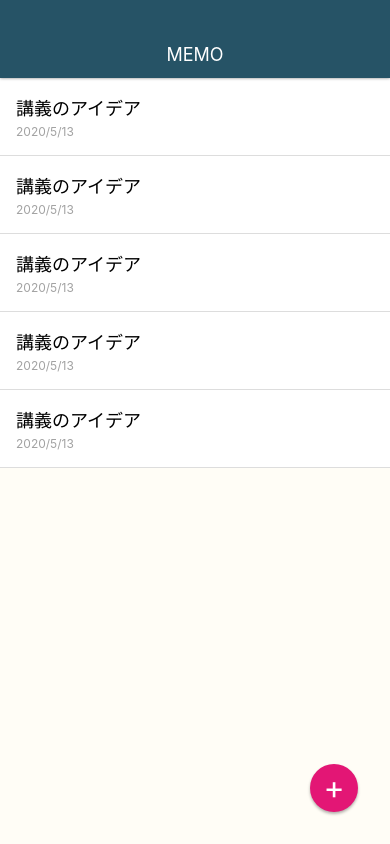
Repository: NagataRyuji0630/memo_app_for_reactNative
Page: /
The author's editor kept a copy of each file at every save. The page is drawn from the files as they stood at one save, then again after the next save.
The browser window is 390 px wide. The pictures show the whole page.
The app was drawn by React Native's web renderer in a window 390 px wide. The project was rebuilt for these pictures with package versions that can differ from the ones it lists, and the page was loaded fresh each time.

Above is the page before, as saved 2020-05-14 08:31:08.

### App.js
import React from 'react';
import { StyleSheet, Text, View } from 'react-native';
import MemoList from './src/components/MemoList';

export default class App extends React.Component {
  render() {
    return (
      <View style={styles.container}>

        <View style={styles.appbar}>
          <View>
            <Text style={styles.appbarTitle}>MEMO</Text>
          </View>
        </View>

        <MemoList />

        <View style={styles.memoAddBtn}>
          <Text style={styles.memoAddBtnTitle}>+</Text>
        </View>

      </View>
    );
  }
}

const styles = StyleSheet.create({
  container: {
    flex: 1,
    backgroundColor: '#FFFDF6',
    alignItems: 'center',
    justifyContent: 'center',
    paddingTop: 78,
  },
  appbar: {
    position: 'absolute',
    top: 0,
    left: 0,
    right: 0,
    height: 78,
    paddingTop: 30,
    backgroundColor: '#265366',
    justifyContent: 'center',
    alignItems: 'center',
    shadowColor: '#000',
    shadowOffset: { width: 0, height: 0 },
    shadowOpacity: 0.5,
    shadowRadius: 3,
    zIndex: 10,
  },
  appbarTitle: {
    color: '#fff',
    fontSize: 18,
  },
  memoAddBtn: {
    position: 'absolute',
    bottom: 32,
    right: 32,
    width: 48,
    height: 48,
    backgroundColor: '#E31675',
    borderRadius: 24,
    justifyContent: 'center',
    alignItems: 'center',
    shadowColor: '#000',
    shadowOffset: { width: 0, height: 2 },
    shadowOpacity: 0.3,
    shadowRadius: 3,
  },
  memoAddBtnTitle: {
    fontSize: 32,
    lineHeight: 32,
    color: 'white',
  }
});

### src/components/MemoList.jsx
import React from 'react';
import { Component } from 'react';
import { StyleSheet, View, Text } from 'react-native';

const styles = StyleSheet.create({
    memoList: {
        width: '100%',
        flex: 1,
    },
    memoListItem: {
        padding: 16,
        borderBottomWidth: 1,
        borderBottomColor: '#ddd',
        backgroundColor: 'white',
    },
    memoTitle: {
        fontSize: 18,
        marginBottom: 4,
    },
    memoDate: {
        fontSize: 12,
        color: '#a2a2a2'
    },
});

class MemoList extends Component {
    render() {
        return (
            <View style={styles.memoList}>
                <View style={styles.memoListItem}>
                    <Text style={styles.memoTitle}>講義のアイデア</Text>
                    <Text style={styles.memoDate}>2020/5/13</Text>
                </View>
                <View style={styles.memoListItem}>
                    <Text style={styles.memoTitle}>講義のアイデア</Text>
                    <Text style={styles.memoDate}>2020/5/13</Text>
                </View>
                <View style={styles.memoListItem}>
                    <Text style={styles.memoTitle}>講義のアイデア</Text>
                    <Text style={styles.memoDate}>2020/5/13</Text>
                </View>
                <View style={styles.memoListItem}>
                    <Text style={styles.memoTitle}>講義のアイデア</Text>
                    <Text style={styles.memoDate}>2020/5/13</Text>
                </View>
                <View style={styles.memoListItem}>
                    <Text style={styles.memoTitle}>講義のアイデア</Text>
                    <Text style={styles.memoDate}>2020/5/13</Text>
                </View>
            </View>
        );
    }
}

export default MemoList;

### src/components/AppBar.jsx
import React from 'react';
import { Component } from 'react';
import { StyleSheet, View, Text } from 'react-native';

const styles = StyleSheet.create({
    appbar: {
        position: 'absolute',
        top: 0,
        left: 0,
        right: 0,
        height: 78,
        paddingTop: 30,
        backgroundColor: '#265366',
        justifyContent: 'center',
        alignItems: 'center',
        shadowColor: '#000',
        shadowOffset: { width: 0, height: 0 },
        shadowOpacity: 0.5,
        shadowRadius: 3,
        zIndex: 10,
    },
    appbarTitle: {
        color: '#fff',
        fontSize: 18,
    },
});

class AppBar extends Component {
    render() {
        return (
            <View style={styles.appbar}>
                <View>
                    <Text style={styles.appbarTitle}>MEMO</Text>
                </View>
            </View>
        );
    }
}

After the next save:
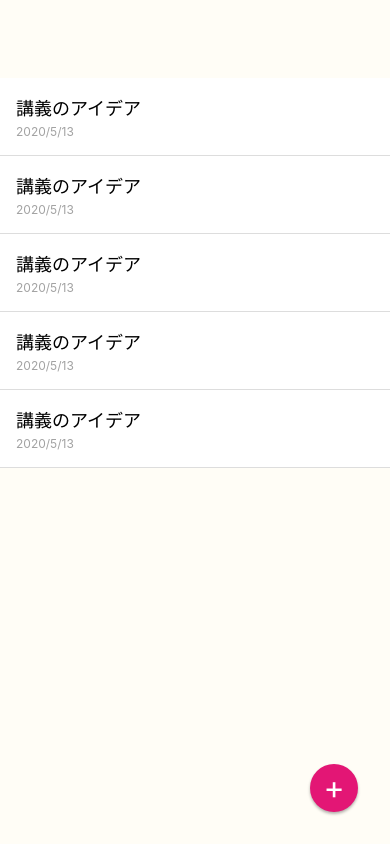
Saved 11 s later.
--- a/App.js
+++ b/App.js
@@ -6,12 +6,6 @@
   render() {
     return (
       <View style={styles.container}>
-
-        <View style={styles.appbar}>
-          <View>
-            <Text style={styles.appbarTitle}>MEMO</Text>
-          </View>
-        </View>
 
         <MemoList />
 
@@ -31,26 +25,6 @@
     alignItems: 'center',
     justifyContent: 'center',
     paddingTop: 78,
-  },
-  appbar: {
-    position: 'absolute',
-    top: 0,
-    left: 0,
-    right: 0,
-    height: 78,
-    paddingTop: 30,
-    backgroundColor: '#265366',
-    justifyContent: 'center',
-    alignItems: 'center',
-    shadowColor: '#000',
-    shadowOffset: { width: 0, height: 0 },
-    shadowOpacity: 0.5,
-    shadowRadius: 3,
-    zIndex: 10,
-  },
-  appbarTitle: {
-    color: '#fff',
-    fontSize: 18,
   },
   memoAddBtn: {
     position: 'absolute',

After the 3 saves that followed:
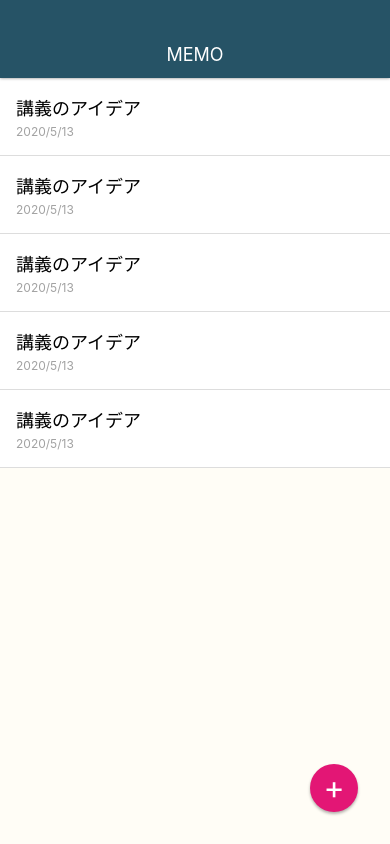
The 3 saves are shown as one change because 2 did not build or start.
The last was saved 63 s later.
--- a/App.js
+++ b/App.js
@@ -1,11 +1,14 @@
 import React from 'react';
 import { StyleSheet, Text, View } from 'react-native';
+import AppBar from './src/components/AppBar';
 import MemoList from './src/components/MemoList';
 
 export default class App extends React.Component {
   render() {
     return (
       <View style={styles.container}>
+
+        <AppBar />
 
         <MemoList />
 
--- a/src/components/AppBar.jsx
+++ b/src/components/AppBar.jsx
@@ -36,3 +36,5 @@ class AppBar extends Component {
         );
     }
 }
+
+export default AppBar;
